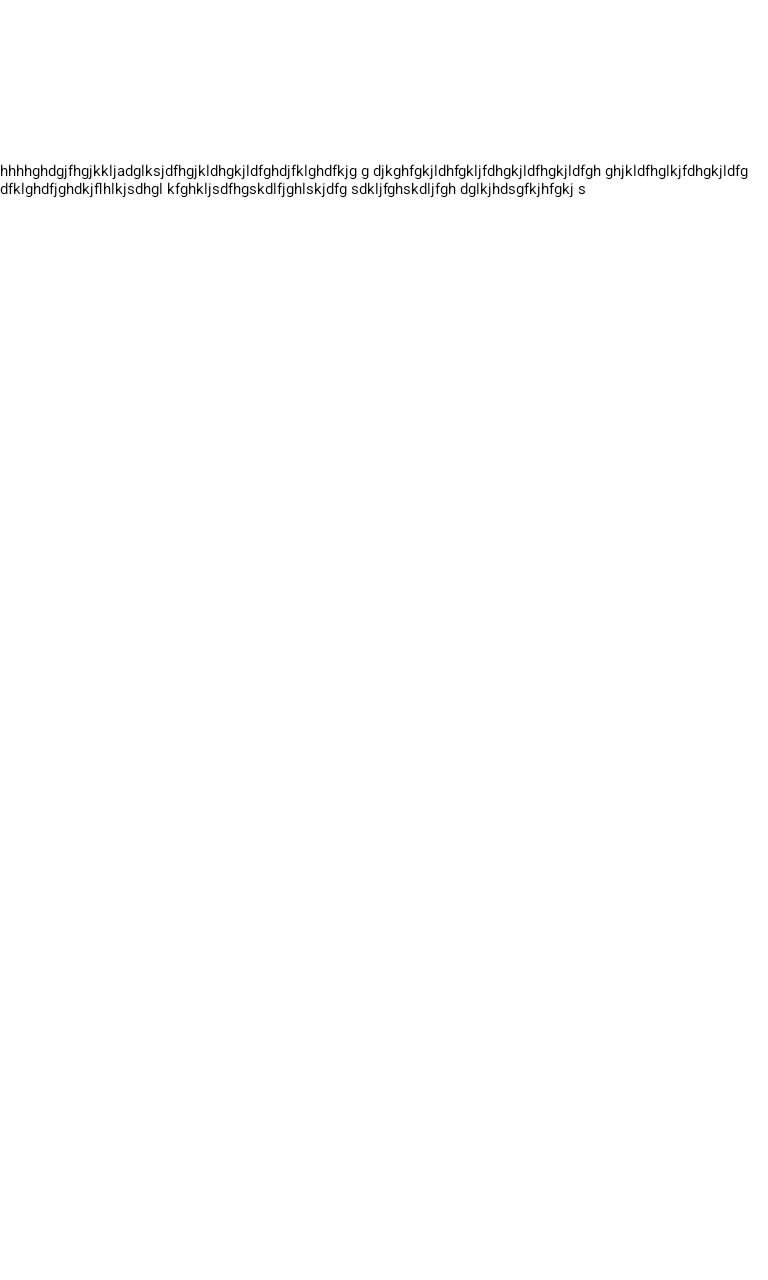
Repository: jaiveerkothari/Android
Layout: Test/res/layout/example.xml
These files come from the project's save history. The layout is drawn as it stood at one moment and after the next save; the edit follows.
It is drawn on a 768 x 1280 px phone screen (xhdpi) without system bars, with theme AppTheme; the app's code is not run.

Above is the layout before, as saved 2015-06-30 19:51:13.

### Test/res/layout/example.xml
<?xml version="1.0" encoding="utf-8"?>
<RelativeLayout xmlns:android="http://schemas.android.com/apk/res/android"
    android:layout_width="match_parent"
    android:layout_height="match_parent" >

    <TextView
        android:id="@+id/textView1"
        android:layout_width="wrap_content"
        android:layout_height="wrap_content"
        android:layout_alignParentLeft="true"
        android:layout_alignParentTop="true"
        android:layout_marginTop="80dp"
        android:text="hhhhghdgjfhgjkkljadglksjdfhgjkldhgkjldfghdjfklghdfkjg g djkghfgkjldhfgkljfdhgkjldfhgkjldfgh ghjkldfhglkjfdhgkjldfg dfklghdfjghdkjflhlkjsdhgl kfghkljsdfhgskdlfjghlskjdfg sdkljfghskdljfgh dglkjhdsgfkjhfgkj s"
        android:textAppearance="?android:attr/textAppearanceLarge" />

</RelativeLayout>

After the next save:
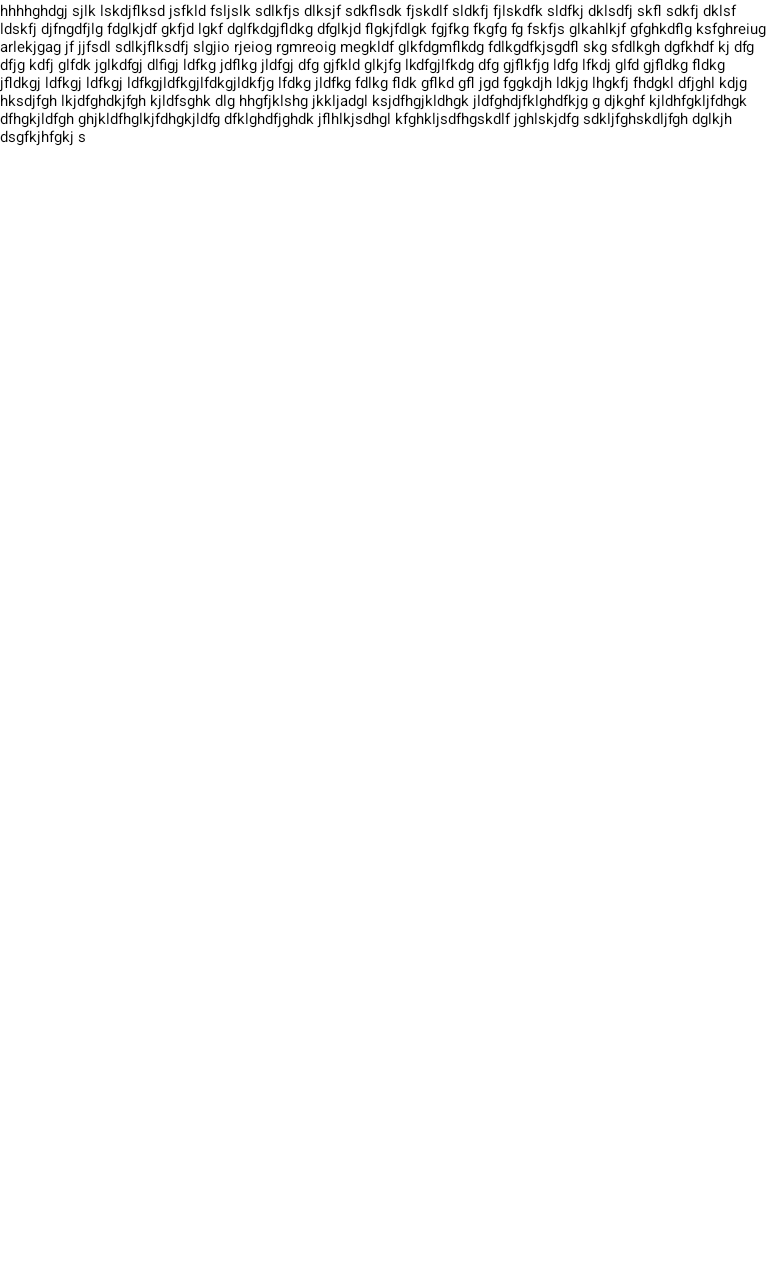
Saved 84 s later.
--- a/Test/res/layout/example.xml
+++ b/Test/res/layout/example.xml
@@ -9,8 +9,7 @@
         android:layout_height="wrap_content"
         android:layout_alignParentLeft="true"
         android:layout_alignParentTop="true"
-        android:layout_marginTop="80dp"
-        android:text="hhhhghdgjfhgjkkljadglksjdfhgjkldhgkjldfghdjfklghdfkjg g djkghfgkjldhfgkljfdhgkjldfhgkjldfgh ghjkldfhglkjfdhgkjldfg dfklghdfjghdkjflhlkjsdhgl kfghkljsdfhgskdlfjghlskjdfg sdkljfghskdljfgh dglkjhdsgfkjhfgkj s"
+        android:text="hhhhghdgj sjlk lskdjflksd jsfkld fsljslk sdlkfjs dlksjf sdkflsdk fjskdlf sldkfj fjlskdfk sldfkj dklsdfj skfl sdkfj dklsf ldskfj djfngdfjlg fdglkjdf gkfjd lgkf dglfkdgjfldkg dfglkjd flgkjfdlgk fgjfkg fkgfg fg fskfjs glkahlkjf gfghkdflg ksfghreiug arlekjgag jf jjfsdl sdlkjflksdfj slgjio rjeiog rgmreoig megkldf glkfdgmflkdg fdlkgdfkjsgdfl skg sfdlkgh dgfkhdf kj dfg dfjg kdfj glfdk jglkdfgj dlfigj ldfkg jdflkg jldfgj dfg gjfkld glkjfg lkdfgjlfkdg dfg gjflkfjg ldfg lfkdj glfd gjfldkg fldkg jfldkgj ldfkgj ldfkgj ldfkgjldfkgjlfdkgjldkfjg lfdkg jldfkg fdlkg fldk gflkd gfl jgd fggkdjh ldkjg lhgkfj fhdgkl dfjghl kdjg hksdjfgh lkjdfghdkjfgh kjldfsghk dlg hhgfjklshg jkkljadgl ksjdfhgjkldhgk jldfghdjfklghdfkjg g djkghf kjldhfgkljfdhgk dfhgkjldfgh ghjkldfhglkjfdhgkjldfg dfklghdfjghdk jflhlkjsdhgl kfghkljsdfhgskdlf jghlskjdfg sdkljfghskdljfgh dglkjh dsgfkjhfgkj s"
         android:textAppearance="?android:attr/textAppearanceLarge" />
 
 </RelativeLayout>
